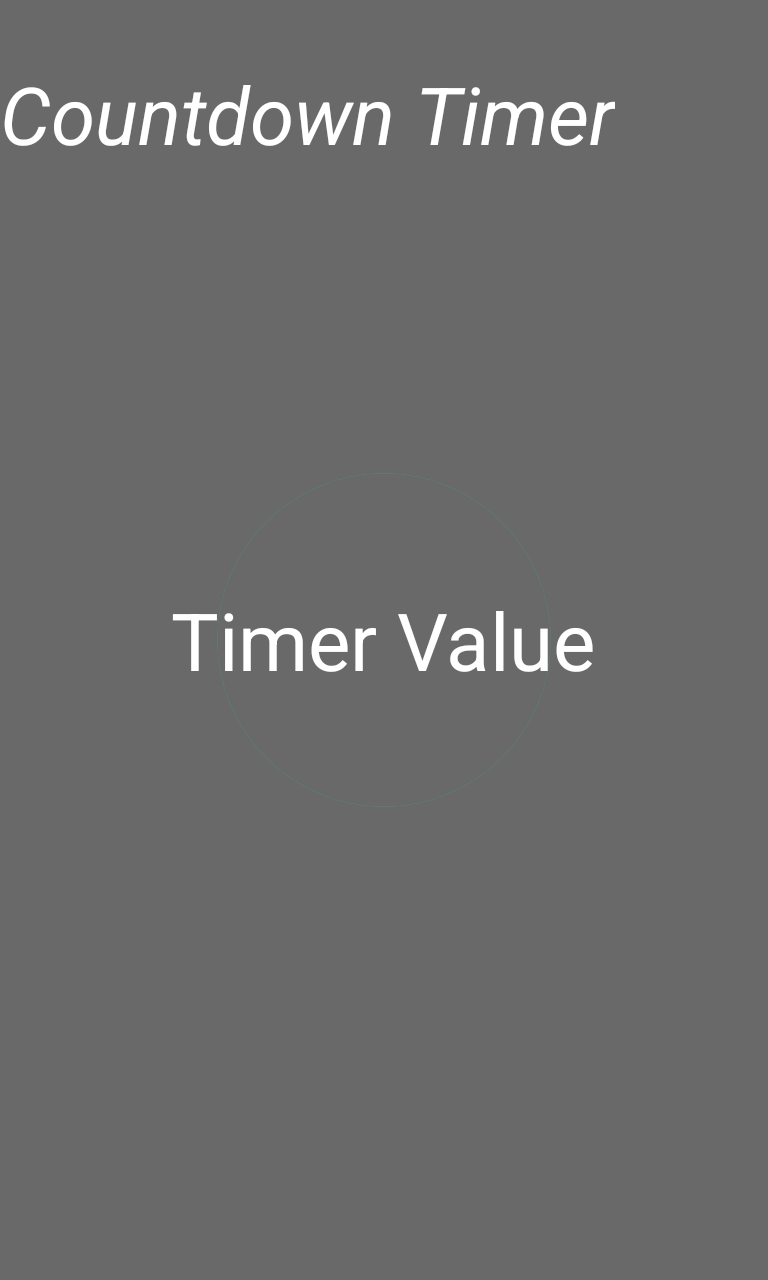
Repository: Hannanina/GuessTag
Layout: GuessTag/res/layout/activity_timer.xml
An editor plug-in stored every save of this project. The layout is shown before and after the next save, followed by the edit.
It is drawn on a 768 x 1280 px phone screen (xhdpi) without system bars, with theme AppTheme; the app's code is not run.

Above is the layout before, as saved 2014-12-18 14:20:56.

After the next save:
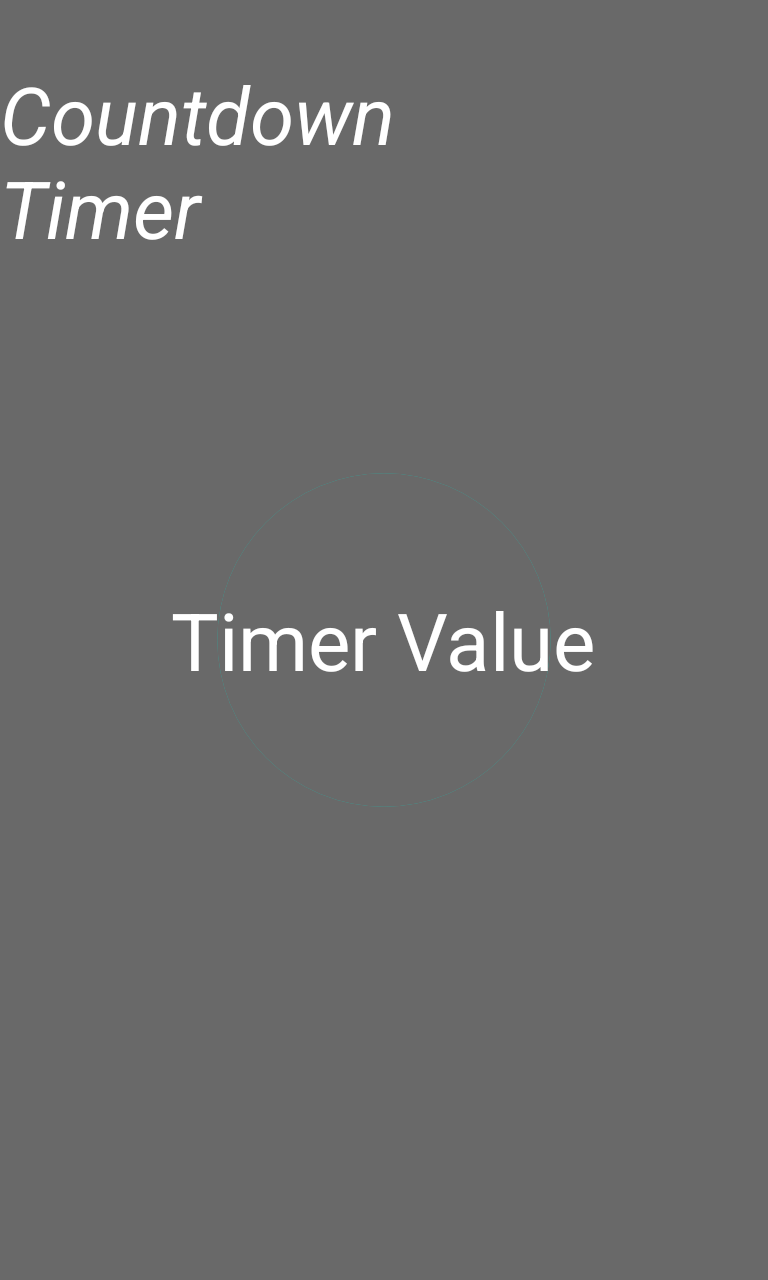
Saved 23 s later.
--- a/GuessTag/res/values/strings.xml
+++ b/GuessTag/res/values/strings.xml
@@ -46,7 +46,7 @@
     <string name="title_activity_select_tagger">SelectTaggerActivity</string>
 
     <!-- TIMER ACTIVITY -->
-    <string name="timer_heading">Countdown Timer</string>
+    <string name="timer_heading">Countdown\nTimer</string>
     <string name="timer_value">Timer Value</string>
     <string name="title_activity_timer">TimerActivity</string>
     <string name="title_activity_host">HostActivity</string>
